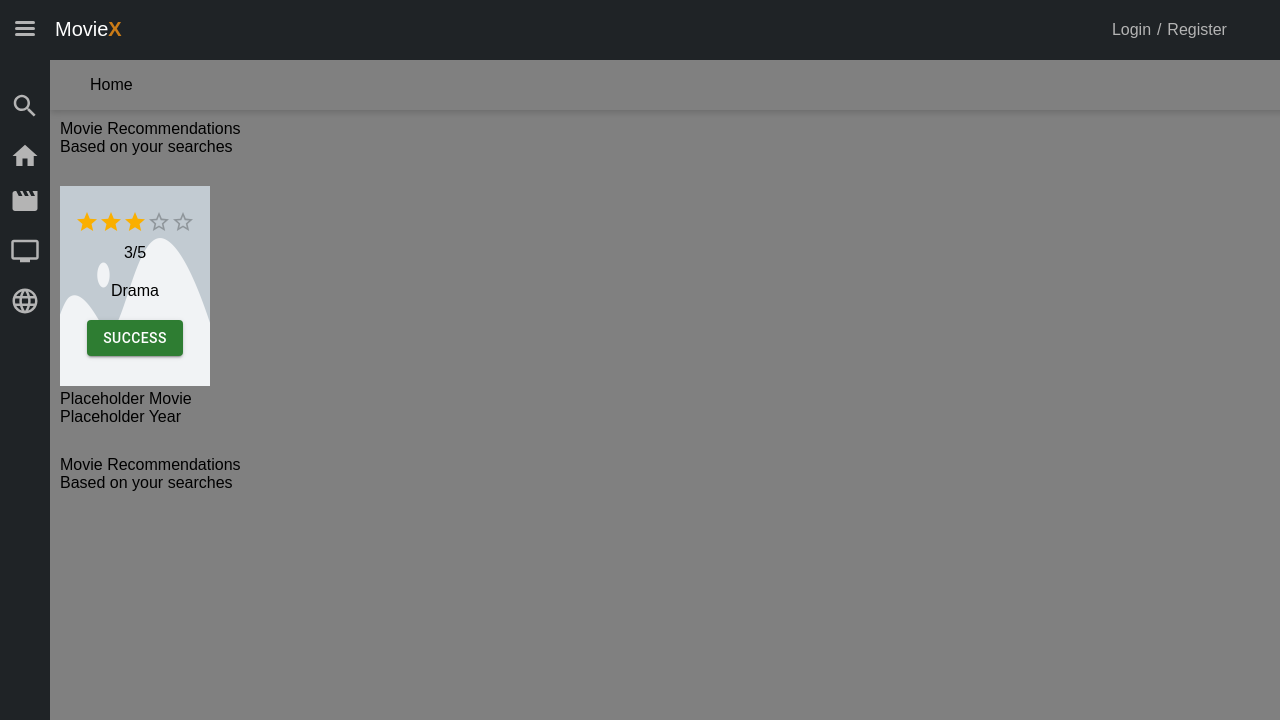
Repository: Amad-Mlinka/MovieTVBrowserNext
Page: /
The author's editor kept a copy of each file at every save. The page is drawn from the files as they stood at one save, then again after the next save.
The browser window is 1280 px wide. The pictures show the whole page.
The project was rebuilt for these pictures with package versions that can differ from the ones it lists, and the page was loaded fresh each time. The framework's server and built-in components were replaced by stand-ins that run in the browser. Also part of the build but not shown: next.config.js.

Above is the page before, as saved 2021-08-06 21:51:12.

After the next save:
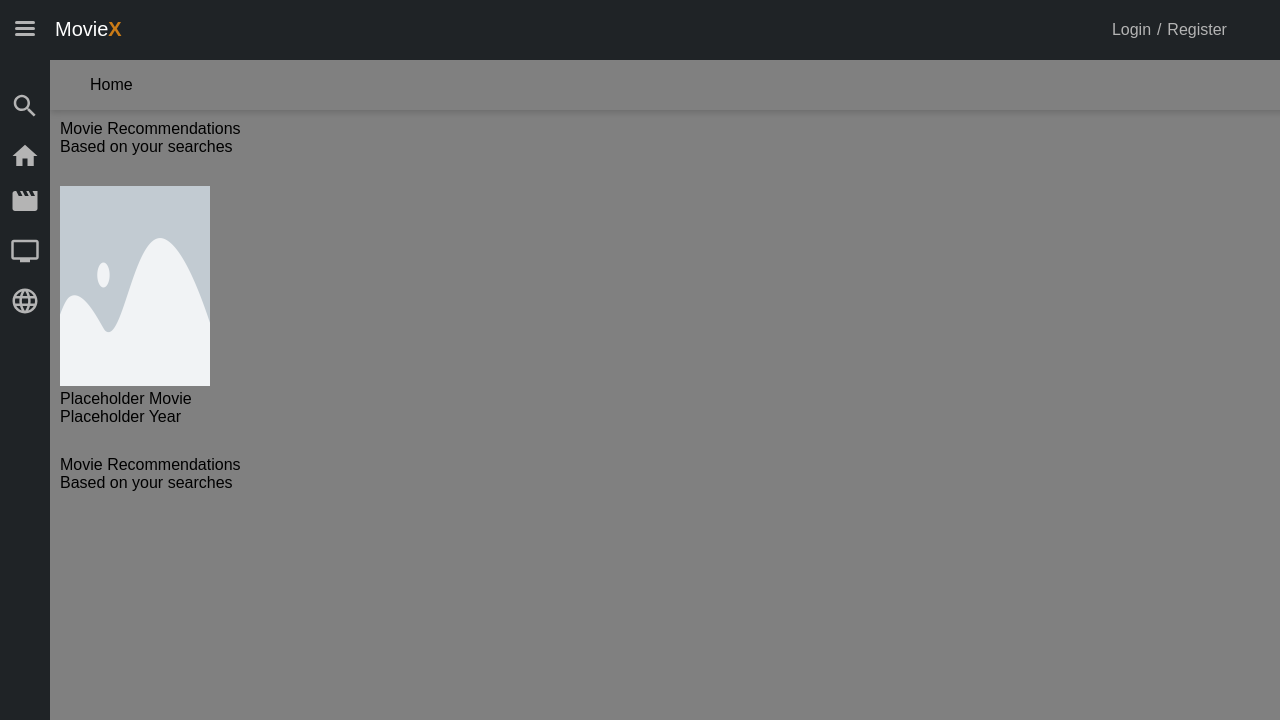
Saved 74 s later.
--- a/styles/Home.module.scss
+++ b/styles/Home.module.scss
@@ -43,9 +43,9 @@
 }
 
 .mediaOverlay {
+  display: none !important;
   position: absolute;
   top: 0;
-  left: 0;
   width: 100%;
   height: 100%;
   display: flex;
@@ -53,10 +53,10 @@
   justify-content: center;
   align-items: center;
 }
-.mediaOverlayItem{
-  margin:10px 0px;
+.mediaOverlayItem {
+  margin: 10px 0px;
 }
-.mediaRating{
+.mediaRating {
   display: flex;
   flex-direction: column;
   justify-content: center;

After the save that followed:
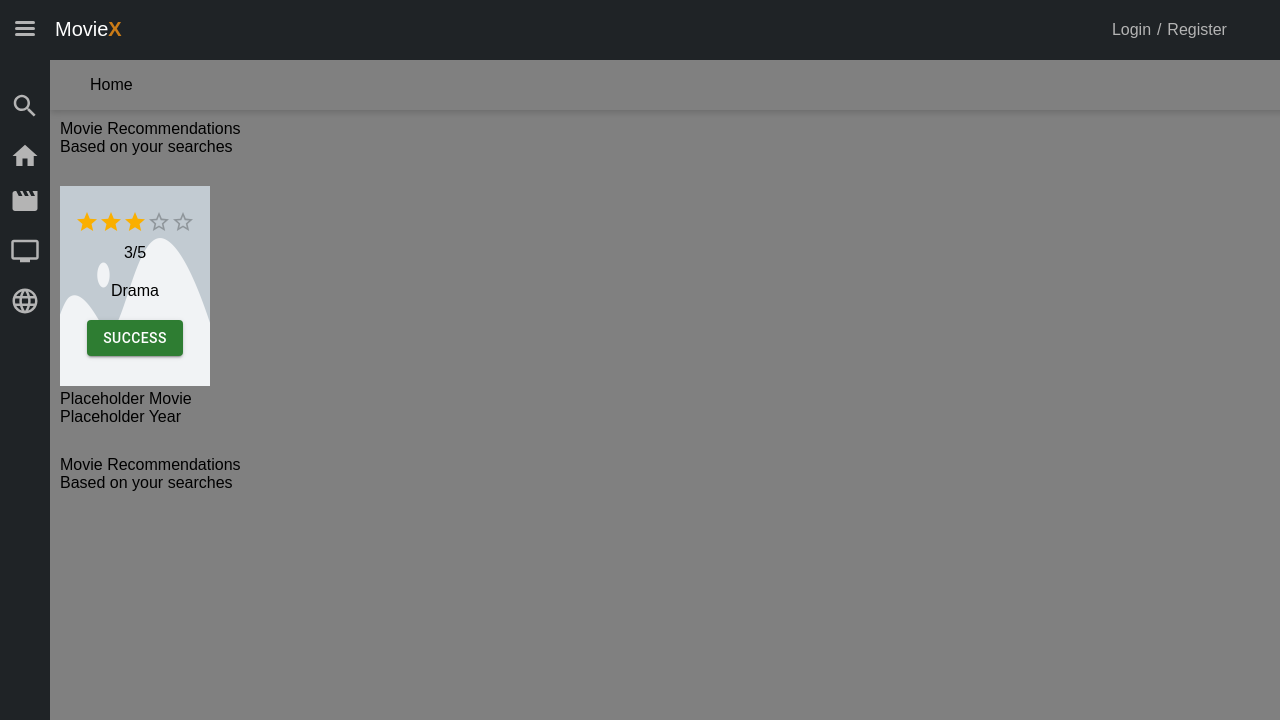
Saved 29 s later.
--- a/styles/Home.module.scss
+++ b/styles/Home.module.scss
@@ -43,7 +43,6 @@
 }
 
 .mediaOverlay {
-  display: none !important;
   position: absolute;
   top: 0;
   width: 100%;
@@ -53,10 +52,10 @@
   justify-content: center;
   align-items: center;
 }
-.mediaOverlayItem {
-  margin: 10px 0px;
+.mediaOverlayItem{
+  margin:10px 0px;
 }
-.mediaRating {
+.mediaRating{
   display: flex;
   flex-direction: column;
   justify-content: center;
